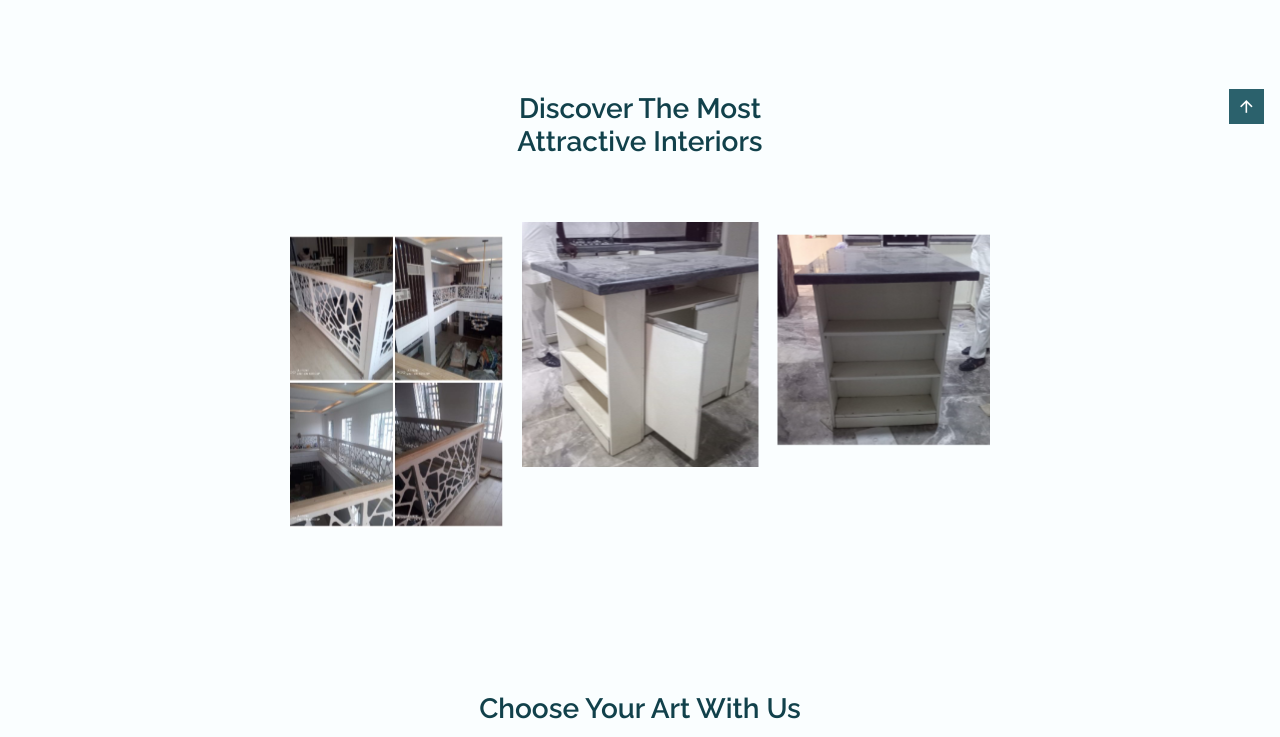
Repository: uche-hub/ARTBIT-WEB
Page: index.html
The author's editor kept a copy of each file at every save. The page is drawn from the files as they stood at one save, then again after the next save.
The browser window is 1280 px wide. The pictures show the part of the page from y = 740 to 1477 px (the page is 2657 px tall before and 2758 px after).
A picture or video elsewhere on the page could not be fetched, so the positions and the page height are approximate. Some web libraries are served in a nearby version.

Above is the page before, as saved 2021-11-15 20:18:13.
Console error: TypeError: Cannot read properties of null (reading 'classList')

After the next save:
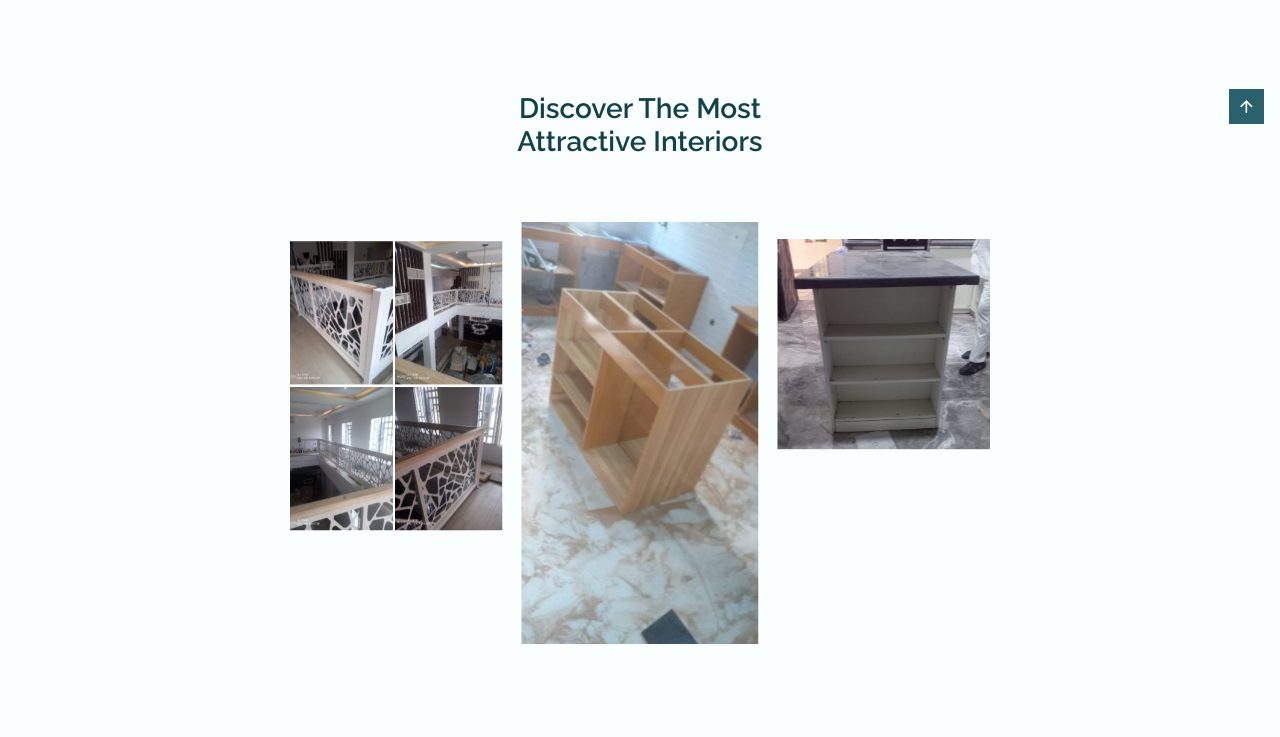
Saved 13 s later.
--- a/index.html
+++ b/index.html
@@ -109,7 +109,7 @@
 
                         <!--==================== DISCOVER 2 ====================-->
                         <div class="discover__card swiper-slide">
-                            <img src="assets/img/i2.jpeg" alt="" class="discover__img">
+                            <img src="assets/img/i7.jpeg" alt="" class="discover__img">
                         </div>
 
                         <!--==================== DISCOVER 3 ====================-->
